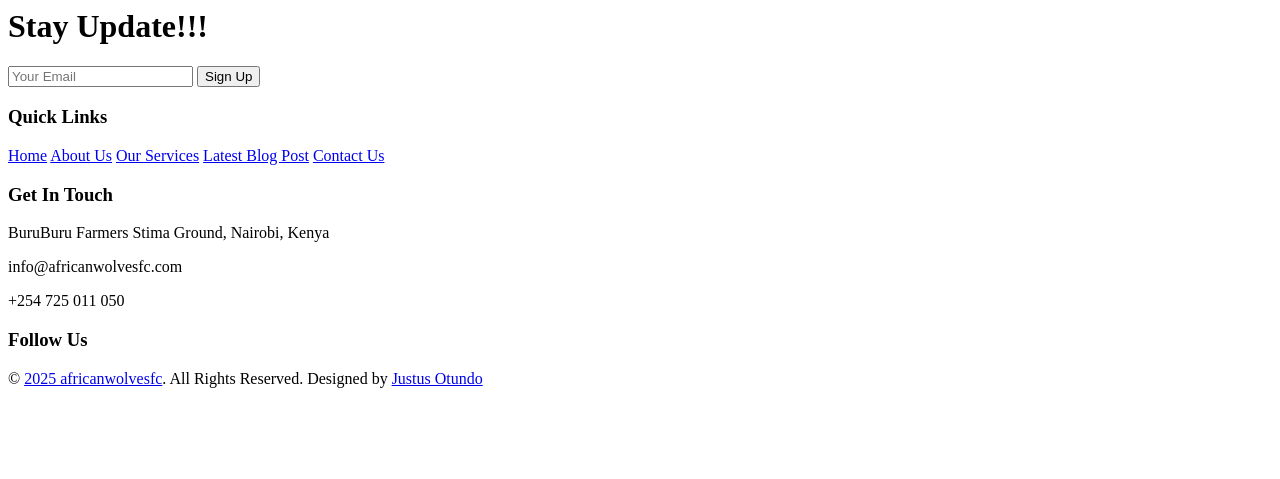
Repository: Justus-Otundo/uleziborafc
Page: footer.html
These files come from the project's save history. The page is drawn as it stood at one moment and after the next save; the edit follows.
The browser window is 1280 px wide. The pictures show the whole page.

Above is the page before, as saved 2025-07-15 12:54:47.

### footer.html
<!-- Footer Start -->
<div class="container-fluid bg-primary text-secondary p-5">
    <div class="row g-5">
        <div class="col-12 text-center">
            <h1 class="display-5 mb-4">Stay Update!!!</h1>
            <form class="mx-auto" style="max-width: 600px;">
                <div class="input-group">
                    <input type="text" class="form-control border-white p-3" placeholder="Your Email">
                    <button class="btn btn-dark px-4">Sign Up</button>
                </div>
            </form>
        </div>
    </div>
</div>
<div class="container-fluid bg-dark text-secondary p-5">
    <div class="row g-5">
        <div class="col-lg-3 col-md-6">
            <h3 class="text-white mb-4">Quick Links</h3>
            <div class="d-flex flex-column justify-content-start">
                <a class="text-secondary mb-2" href="#"><i class="bi bi-arrow-right text-primary me-2"></i>Home</a>
                <a class="text-secondary mb-2" href="#"><i class="bi bi-arrow-right text-primary me-2"></i>About Us</a>
                <a class="text-secondary mb-2" href="#"><i class="bi bi-arrow-right text-primary me-2"></i>Our Services</a>
                <a class="text-secondary mb-2" href="#"><i class="bi bi-arrow-right text-primary me-2"></i>Latest Blog Post</a>
                <a class="text-secondary" href="#"><i class="bi bi-arrow-right text-primary me-2"></i>Contact Us</a>
            </div>
        </div>
        <div class="col-lg-3 col-md-6">
            <h3 class="text-white mb-4">Get In Touch</h3>
            <p class="mb-2"><i class="bi bi-geo-alt text-primary me-2"></i>BuruBuru Farmers Stima Ground, Nairobi, Kenya</p>
            <p class="mb-2"><i class="bi bi-envelope-open text-primary me-2"></i>info@africanwolvesfc.com</p>
            <p class="mb-0"><i class="bi bi-telephone text-primary me-2"></i>+254 725 011 050</p>
        </div>
        <div class="col-lg-3 col-md-6">
            <h3 class="text-white mb-4">Follow Us</h3>
            <div class="d-flex">
                <a class="btn btn-lg btn-primary btn-lg-square rounded-circle me-2" href="#"><i class="fab fa-twitter fw-normal"></i></a>
                <a class="btn btn-lg btn-primary btn-lg-square rounded-circle me-2" href="#"><i class="fab fa-facebook-f fw-normal"></i></a>
                <a class="btn btn-lg btn-primary btn-lg-square rounded-circle me-2" href="#"><i class="fab fa-linkedin-in fw-normal"></i></a>
                <a class="btn btn-lg btn-primary btn-lg-square rounded-circle" href="#"><i class="fab fa-instagram fw-normal"></i></a>
            </div>
        </div>
    </div>
</div>
<div class="container-fluid bg-dark text-secondary text-center border-top py-4 px-5" style="border-color: rgba(256, 256, 256, .1) !important;">
    <p class="m-0">&copy; <a class="text-secondary border-bottom" href="#">2025 africanwolvesfc</a>. All Rights Reserved. Designed by <a class="text-secondary border-bottom" href="https://justus-otundo.github.io/justus-otundo/">Justus Otundo</a></p>
</div>
<!-- Footer End -->

After the next save:
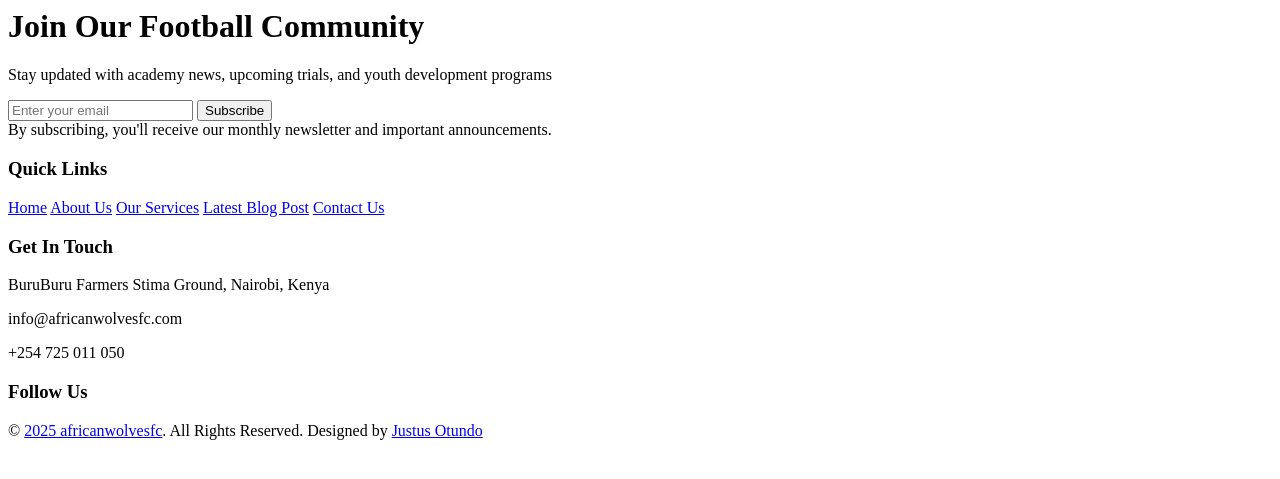
Saved 2 min 18 s later.
--- a/footer.html
+++ b/footer.html
@@ -1,13 +1,17 @@
 <!-- Footer Start -->
-<div class="container-fluid bg-primary text-secondary p-5">
+<div class="container-fluid bg-primary newsletter-section p-5">
     <div class="row g-5">
         <div class="col-12 text-center">
-            <h1 class="display-5 mb-4">Stay Update!!!</h1>
-            <form class="mx-auto" style="max-width: 600px;">
+            <h1 class="display-5 mb-4 text-white">Join Our Football Community</h1>
+            <p class="text-white-50 mb-4">Stay updated with academy news, upcoming trials, and youth development programs</p>
+            <form class="newsletter-form mx-auto" style="max-width: 600px;">
                 <div class="input-group">
-                    <input type="text" class="form-control border-white p-3" placeholder="Your Email">
-                    <button class="btn btn-dark px-4">Sign Up</button>
+                    <input type="email" class="form-control border-light p-3" placeholder="Enter your email" required>
+                    <button class="btn btn-light px-4 py-3" type="submit">
+                        <i class="fas fa-paper-plane me-2"></i>Subscribe
+                    </button>
                 </div>
+                <div class="form-text text-white-50 mt-2">By subscribing, you'll receive our monthly newsletter and important announcements.</div>
             </form>
         </div>
     </div>
